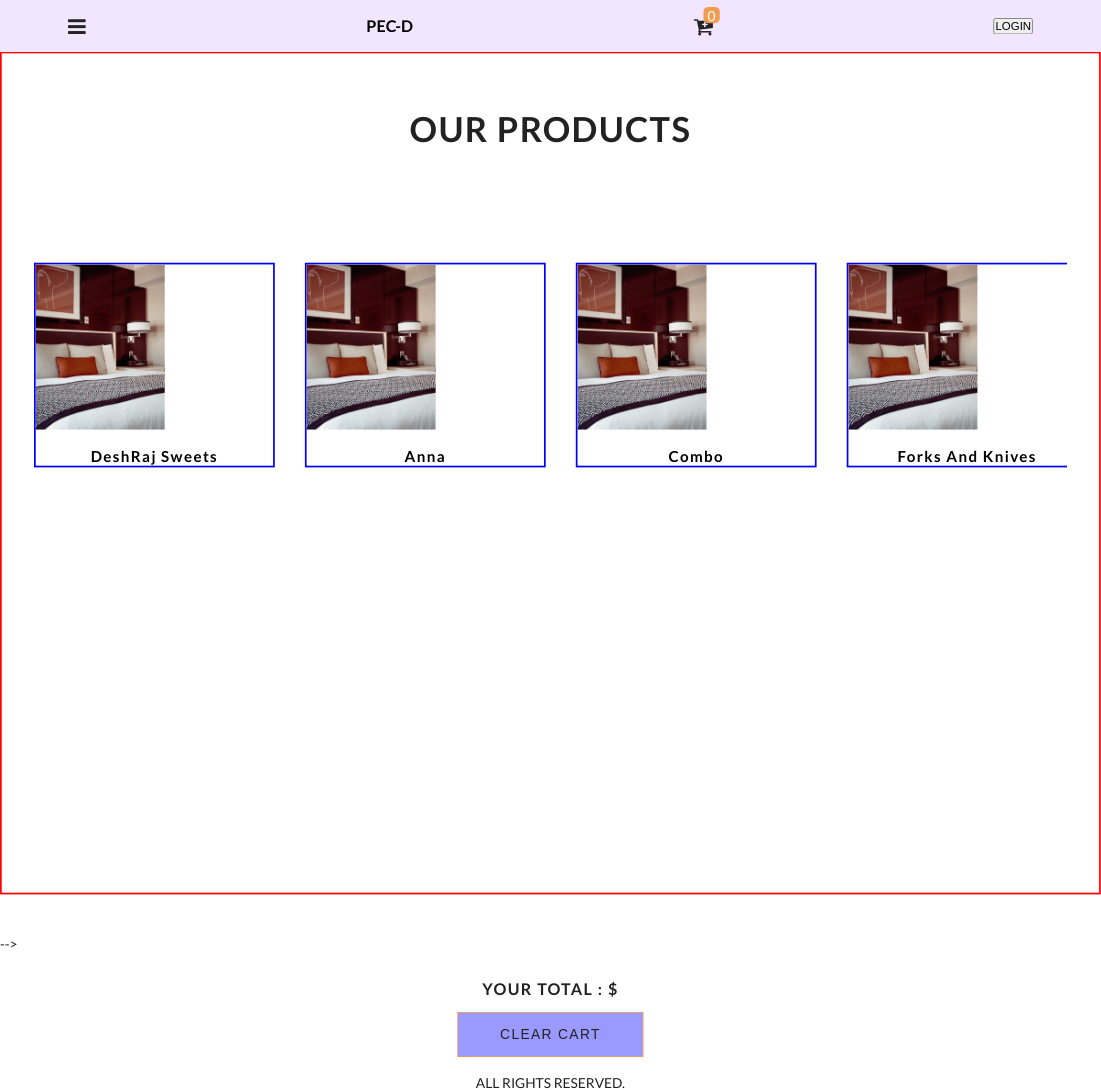
Repository: CHIR4G7/PEC-D
Page: public/index.html
The author's editor kept a copy of each file at every save. The page is drawn from the files as they stood at one save, then again after the next save.
The browser window is 1280 px wide. The pictures show the whole page, at 86% of full size.

Above is the page before, as saved 2023-07-08 01:49:21.

### public/index.html
<!DOCTYPE html>
<html lang="en">

<head>
    <meta charset="UTF-8">
    <meta http-equiv="X-UA-Compatible" content="IE=edge">
    <meta name="viewport" content="width=device-width, initial-scale=1.0">
    <title>PEC-D</title>
    <link rel="stylesheet" href="https://cdnjs.cloudflare.com/ajax/libs/font-awesome/4.7.0/css/font-awesome.min.css">
    <link rel="stylesheet" href="css/style.css">
</head>

<body>
    <!-- navabr -->
    <nav class="navbar">
        <div class="navbar-center">
            <span class="nav-icon">
                <i class="fa fa-bars"></i>
            </span>
            <!-- <img src="/images/logo.svg" alt="logo" class="sr"> -->
            <h3 class="logo-name">PEC-D</h3>
            <div class="cart-btn">
                <span class="nav-icon">
                    <i class="fa fa-cart-plus"></i>
                </span>
                <div class="cart-items">0</div>
            </div>
            <button>LOGIN</button>
        </div>
    </nav>
    <!-- end of navbar -->

    <!-- hero -->
    <!-- <header class="hero">
        <div class="banner">
            <h1 class="banner-title">FURNITURE COLLECTION</h1>
            <button class="banner-btn">SHOW NOW</button>
        </div>
    </header> -->
    <!-- end of hero -->

    <!-- products -->
    <div class="products">
         <div class="section-title">
            <h2>OUR PRODUCTS</h2>
        </div>
        <div class="body1">
            <div class="content">
                <ul class="content-inner">
                    <!-- <li class="card">
                        <article class="product">
                            <div class="img-container">
                                <img src="/images/product-1.jpeg" alt="product" class="product-img">
                                <button class="bag-btn" data-id="1">
                                    <i class="fa fa-shopping-cart"></i>
                                    add to bag.
                                </button>
                            </div>
                            <h3>add name</h3>

                        </article>
                    </li>
                    <li class="card">
                        <article class="product">
                            <div class="img-container">
                                <img src="/images/product-1.jpeg" alt="product" class="product-img">
                                <button class="bag-btn" data-id="1">
                                    <i class="fa fa-shopping-cart"></i>
                                    add to bag.
                                </button>
                            </div>
                            <h3>add name</h3>

                        </article>
                    </li>
                    <li class="card">
                        <article class="product">
                            <div class="img-container">
                                <img src="/images/product-1.jpeg" alt="product" class="product-img">
                                <button class="bag-btn" data-id="1">
                                    <i class="fa fa-shopping-cart"></i>
                                    add to bag.
                                </button>
                            </div>
                            <h3>add name</h3>

                        </article>
                    </li> -->

                </ul>
            </div>
        </div>
        <div class="products-center">
            <!-- single product -->

            <!-- PRODCUT DETIALS -->
            <!-- <article class="product">
                <div class="img-container">
                    <img src="/images/product-1.jpeg" alt="product" class="product-img">
                    <button class="bag-btn" data-id="1">
                        <i class="fa fa-shopping-cart"></i>
                        add to bag.
                    </button>
                </div>
                <h3>add name</h3>

            </article> -->
            <!-- THIS IS END OF PRODUCT DETIALS -->

            <!-- PRODCUT DETIALS -->
            <!-- <article class="product">
                <div class="img-container">
                    <img src="/images/product-8.jpeg" alt="product" class="product-img">
                    <button class="bag-btn" data-id="1">
                        <i class="fa fa-shopping-cart"></i>
                        add to bag.
                    </button>
                </div>
                <h3>TABLE</h3>
                <h4>$11.99</h4>
            </article> -->
            <!-- THIS IS END OF PRODUCT DETIALS -->

            <!-- PRODCUT DETIALS -->
            <!-- <article class="product">
                <div class="img-container">
                    <img src="/images/product-7.jpeg" alt="product" class="product-img">
                    <button class="bag-btn" data-id="1">
                        <i class="fa fa-shopping-cart"></i>
                        add to bag.
                    </button>
                </div>
                <h3>COUCH</h3>
                <h4>$42.99</h4>
            </article> -->
            <!-- THIS IS END OF PRODUCT DETIAL -->

            <!-- PRODCUT DETIALS -->
            <!-- <article class="product">
                <div class="img-container">
                    <img src="/images/product-2.jpeg" alt="product" class="product-img">
                    <button class="bag-btn" data-id="1">
                        <i class="fa fa-shopping-cart"></i>
                        add to bag.
                    </button>
                </div>
                <h3>KING PANEL BED</h3>
                <h4>$12.99</h4>
            </article> -->
            <!-- THIS IS END OF PRODUCT DETIALS -->

            <!-- PRODCUT DETIALS -->
            <!-- <article class="product">
                <div class="img-container">
                    <img src="/images/product-5.jpeg" alt="product" class="product-img">
                    <button class="bag-btn" data-id="1">
                        <i class="fa fa-shopping-cart"></i>
                        add to bag.
                    </button>
                </div>
                <h3>FRIDGE</h3>
                <h4>$34.99</h4>
            </article> -->
            <!-- THIS IS END OF PRODUCT DETIALS -->

            <!-- PRODCUT DETIALS -->
            <!-- <article class="product">
                <div class="img-container">
                    <img src="/images/product-6.jpeg" alt="product" class="product-img">
                    <button class="bag-btn" data-id="1">
                        <i class="fa fa-shopping-cart"></i>
                        add to bag.
                    </button>
                </div>
                <h3>DRESSER</h3>
                <h4>$22.99</h4>
            </article> -->
            <!-- THIS IS END OF PRODUCT DETIALS -->

            <!-- PRODCUT DETIALS -->
            <!-- <article class="product">
                <div class="img-container">
                    <img src="/images/product-3.jpeg" alt="product" class="product-img">
                    <button class="bag-btn" data-id="1">
                        <i class="fa fa-shopping-cart"></i>
                        add to bag.
                    </button>
                </div>
                <h3>TWIN PANEL BED</h3>
                <h4>$17.99</h4>
            </article> -->
            <!-- THIS IS END OF PRODUCT DETIALS -->

            <!-- PRODCUT DETIALS -->
            <!-- <article class="product">
                <div class="img-container">
                    <img src="/images/product-4.jpeg" alt="product" class="product-img">
                    <button class="bag-btn" data-id="1">
                        <i class="fa fa-shopping-cart"></i>
                        add to bag.
                    </button>
                </div>
                <h3>SINGLE PANEL BED</h3>
                <h4>$23.99</h4>
            </article> -->
            <!-- THIS IS END OF PRODUCT DETIALS -->
        </div>
    </div>
    <!-- end of products -->




    <!-- CART BEGINS -->
    <!-- <div class="cart-overlay">
        <div class="cart">
            <span class="close-cart">
                <i class="fa fa-window-close"></i>
            </span>
            <h2>YOUR CART</h2>
            <div class="cart-content">
                <!-- cart item -->
                <div class="cart-item">
                    <!-- <img src="/images/product-1.jpeg" alt="product">
                    <div>
                        <h4>QUEEN BED</h4>
                        <h5>$9.00</h5>
                        <span class="remove-item">Remove</span>
                    </div>
                    <div>
                        <i class="fa fa-chevron-up"></i>
                        <p class="item-amount">0</p>
                        <i class="fa fa-chevron-down"></i>
                    </div> -->
                </div> -->
                <!-- end of cart item -->

            </div>

            <div class="cart-footer">
                <h3>YOUR TOTAL : $ <span class="cart-total"></span></h3>
                <button class="clear-cart banner-btn">CLEAR CART</button>
            </div>

        </div>
    </div>
    <!-- CART ENDS -->
    <!-- FOOOTER -->
    <div class="footer">
        ALL RIGHTS RESERVED.
    </div>
    <!-- END OF THE FOOTER -->

    <script src="src/script.js"></script>
</body>

</html>

### public/css/style.css
@import url("https://fonts.googleapis.com/css?family=Lato:400,700");


/* creating variables */
:root {
    --primaryColor: #f09d51;
    --mainWhite: #fff;
    --mainBlack: #222;
    --mainGrey: #ececec;
    --mainSpacing: 0.1rem;
    --mainTransition: all 0.3s linear;
}

/* resetting elements */
* {
    margin: 0;
    padding: 0;
    box-sizing: border-box;
}


body {
    color: var(--mainBlack);
    background: var(--mainWhite);
    font-family: "Lato", sans-serif;
}


/* navbar */
.navbar {
    position: sticky;
    top: 0;
    height: 60px;
    width: 100%;
    display: flex;
    align-items: center;
    background: #f2e6ff;
    z-index: 1;
}

.logo-name
{
    color: black;
}

.navbar-center {
    width: 100%;
    max-width: 1170px;
    margin: 0 auto;
    display: flex;
    align-items: center;
    justify-content: space-between;
    padding: 0 1.5rem;
}

.nav-icon {
    font-size: 1.5rem;
}

.cart-btn {
    position: relative;
    cursor: pointer;
}

.cart-items {
    position: absolute;
    top: -8px;
    right: -8px;
    background: var(--primaryColor);
    padding: 0 5px;
    border-radius: 30%;
    color: var(--mainWhite);
}

/* hero */
.hero {
    min-height: calc(100vh - 60px);
    background: url("./images/bg-3.jpg") center/cover no-repeat;
    display: flex;
    align-items: center;
    justify-content: center;
  }
  .banner {
    text-align: center;
    background: #f2e6ff;
    display: inline-block;
    padding: 2rem;
  }
  .banner-title {
    font-size: 3.4rem;
    text-transform: uppercase;
    letter-spacing: var(--mainSpacing);
    margin-bottom: 3rem;
  }
  .banner-btn {
    padding: 1rem 3rem;
    text-transform: uppercase;
    letter-spacing: var(--mainSpacing);
    font-size: 1rem;
    background: #9999FF;
    color: var(--mainBlack);
    border: 1px solid var(--primaryColor);
    transition: var(--mainTransition);
    cursor: pointer;
  }
  .banner-btn:hover {
    background: transparent;
    color: var(--primaryColor);
  }


  /* products */
  .products {
    padding: 4rem 0;
    border: 2px solid red;
  }
  .section-title h2 {
    text-align: center;
    font-size: 2.5rem;
    margin-bottom: 5rem;
    text-transform: capitalize;
    letter-spacing: var(--mainSpacing);
  }
  .products-center {
    width: 90vw;
    margin: 0 auto;
    max-width: 1170px;
    display: grid;
    grid-template-columns: repeat(auto-fit, minmax(260px, 1fr));
    grid-column-gap: 1.5rem;
    grid-row-gap: 2rem;
  }
  .img-container {
    position: relative;
    overflow: hidden;
  }
  .bag-btn {
    position: absolute;
    top: 70%;
    right: 0;
    background: var(--primaryColor);
    border: none;
    text-transform: uppercase;
    padding: 0.5rem 0.75rem;
    letter-spacing: var(--mainSpacing);
    font-weight: bold;
    transition: var(--mainTransition);
    transform: translateX(101%);
    cursor: pointer;
  }
  .bag-btn:hover {
    color: var(--mainWhite);
  }
  .fa-shopping-cart {
    margin-right: 0.5rem;
  }
  .img-container:hover .bag-btn {
    transform: translateX(0);
  }
  .product-img {
    display: block;
    width: 100%;
    min-height: 12rem;
    transition: var(--mainTransition);
  }
  .img-container:hover .product-img {
    opacity: 0.5;
  }

  .product
  {
    border: 2px solid blue;
  }

  .product h3 {
    text-transform: capitalize;
    font-size: 1.1rem;
    margin-top: 1rem;
    letter-spacing: var(--mainSpacing);
    text-align: center;
  }

  .product h4 {
    margin-top: 0.7rem;
    letter-spacing: var(--mainSpacing);
    color: var(--primaryColor);
    text-align: center;
  }


   /* slider*/

   .body1
{
    display: flex;

    justify-content: center;
    min-height: 100vh;
    /* background-color: lawngreen; */
    /* border: 2px solid yellow; */
    padding: 0 35px;
}
.card img
{
    height: 150px;
    width: 150px;
    margin-bottom: 5px;
    object-fit: cover;
}
.content
{
    max-width: 1200px;
    width: 100%;
    /* position: relative; */
    /* border: 2px solid red; */
}
.content .content-inner
{
    display: grid;
    grid-auto-flow: column;
    grid-auto-columns: 25%;
    gap: 15px;
    /* overflow: hidden; */
    overflow-x: auto;
    scroll-snap-type: x mandatory;
    scroll-behavior: smooth;
    scrollbar-width: 0;

}
.content .card
{
    list-style: none;
    /* background-color: lightblue; */
    color: black;
    border-radius: 10px;
    height: 342px;
     display: flex;
    flex-direction: column;
    /*align-items: center;*/
    justify-content: center;
    cursor: pointer;
    width: 280px;

}
.content i
{
    height: 30px;
    width: 50px;
    margin: 10px;
    background-color: wheat;
    color: black;
    text-align: center;
    line-height: 25px;
    border-radius: 50%;
    cursor: pointer;
}
.card-item
{
    display: flex;
    flex-direction: column;
    justify-content: center;
    align-items: center;
    margin: 15px;
    padding-top: 5px;
}
.card-item h4
{
    margin-bottom: 4px;
}

@media screen and (max-width : 600px) {
  .content .content-inner{
      grid-auto-columns: 100%;
      min-width: 300px;
  }
}

/* ENDING SLIDER WINDOW HERE */

  /* cart */
  .cart-overlay {
    position: fixed;
    top: 0;
    right: 0;
    width: 100%;
    height: 100%;
    transition: var(--mainTransition);
    background: rgb(240, 157, 81, 0.5);
    z-index: 2;
    visibility: hidden;
  }
  .cart {
    position: fixed;
    top: 0;
    right: 0;
    width: 100%;
    height: 100%;
    overflow: scroll;
    z-index: 3;
    background: rgb(231, 226, 221);
    padding: 1.5rem;
    transition: var(--mainTransition);
    transform: translateX(100%);
  }
  .showCart {
    transform: translateX(0);
  }
  .transparentBcg {
    visibility: visible;
  }
  @media screen and (min-width: 768px) {
    .cart {
      width: 30vw;
      min-width: 450px;
    }
  }

  .close-cart {
    font-size: 1.7rem;
    cursor: pointer;
  }
  .cart h2 {
    text-transform: capitalize;
    text-align: center;
    letter-spacing: var(--mainSpacing);
    margin-bottom: 2rem;
  }
  /*---------- Cart Item -------------------- */
  .cart-item {
    display: grid;
    align-items: center;
    grid-template-columns: auto 1fr auto;
    grid-column-gap: 1.5rem;
    margin: 1.5rem 0;
  }
  .cart-item img {
    width: 75px;
    height: 75px;
  }
  .cart-item h4 {
    font-size: 0.85rem;
    text-transform: capitalize;
    letter-spacing: var(--mainSpacing);
  }
  .cart-item h5 {
    margin: 0.5rem 0;
    letter-spacing: var(--mainSpacing);
  }
  .item-amount {
    text-align: center;
  }
  .remove-item {
    color: black;
    cursor: pointer;
  }
  .fa-chevron-up,
  .fa-chevron-down {
    color: var(--primaryColor);
    cursor: pointer;
  }
  /*---------- End of Cart Item -------------------- */

  .cart-footer {
    margin-top: 2rem;
    letter-spacing: var(--mainSpacing);
    text-align: center;
  }
  .cart-footer h3 {
    text-transform: capitalize;
    margin-bottom: 1rem;
  }


  /* FOOTER */
  .footer
  {
    position: relative;
    text-align: center;
    top: 20px;
  }

### public/src/script.js


const productsDOM = document.querySelector('.content-inner');

let shoparray = [];//ISME SAAARI KI SAARI DETAILS PADI HAIN PRODUCT K

class Shops{

    async getProducts() {
        try {
            let result = await fetch('./shops.json');
            let data = await result.json();

            //destructuring
            const shopsArray = data.shops.map(shop => ({ id: shop.id, name: shop.sname, image: shop.image}));

            return shopsArray;
        }
        catch (error) {
            console.log("r");
        }
    }

};

class display
{
    displayShops(shops)
    {
        let result = '';
       shops.forEach((shop)=>
       {
        console.log(shop.id);
        // result+=`${shop.id}`
        result+=` <li class="card">
        <article class="product">
            <div class="img-container">
                <img src="/images/product-1.jpeg" alt="product" class="product-img">
                <button class="bag-btn" data-id="1">

                    VISIT
                </button>
            </div>
            <h3>${shop.name}</h3>

        </article>
    </li>`;

       })
    //    console.log("c");
    productsDOM.innerHTML = result;
    }
};





//displaying the products

function displayProducts(shoparray)
{
    let result = '';
    shoparray.forEach(product => {
        result += `      <article class="product">
        <div class="img-container">
            <img src="/images/product-1.jpeg" alt="product" class="product-img">
            <button class="bag-btn" data-id=${product.id}>
                <i class="fa fa-shopping-cart"></i>
                add to bag.
            </button>
        </div>
        <h3>${product.name}</h3>`;
        console.log(product);
    })
    productsDOM.innerHTML = result;
}


    // console.log(shoparray);

    // till here
    document.addEventListener("DOMContentLoaded", () => {
        //when dom loads get the product info stored in an array SHOPSARRAY
        // (async function () {
        //     try {
        //         const shopsarray = await getProducts();
        //         shopsarray.forEach((e) => {
        //             shoparray.push(e);
        //         })
        //     }
        //     catch (error) {
        //         console.log(error);
        //     }
        // })();
        // console.log(shoparray);
        // displayProducts(shoparray);
        const shops = new Shops();
        const displaying = new display();

        shops.getProducts().then(products=>
            {
                displaying.displayShops(products);
                // console.log(products);
            })

    })

### public/shops.json
{
    "shops" :
    [
        {
            "id" : 1,
            "sname" : "DeshRaj Sweets",
            "image" : "public/images/product-1.jpeg"
        },
        {
            "id" : 2,
            "sname" : "Anna",
            "image" : "public/images/product-1.jpeg"
        },
        {
            "id" : 3,
            "sname" : "Combo",
            "image" : "public/images/product-1.jpeg"
        },
        {
            "id" : 4,
            "sname" : "Forks and Knives",
            "image" : "public/images/product-1.jpeg"
        },
        {
            "id" : 5,
            "sname" : "Pandit",
            "image" : "public/images/product-1.jpeg"
        },
        {
            "id" : 6,
            "sname" : "Yankess",
            "image" : "public/images/product-1.jpeg"
        }
    ]
}

After the next save:
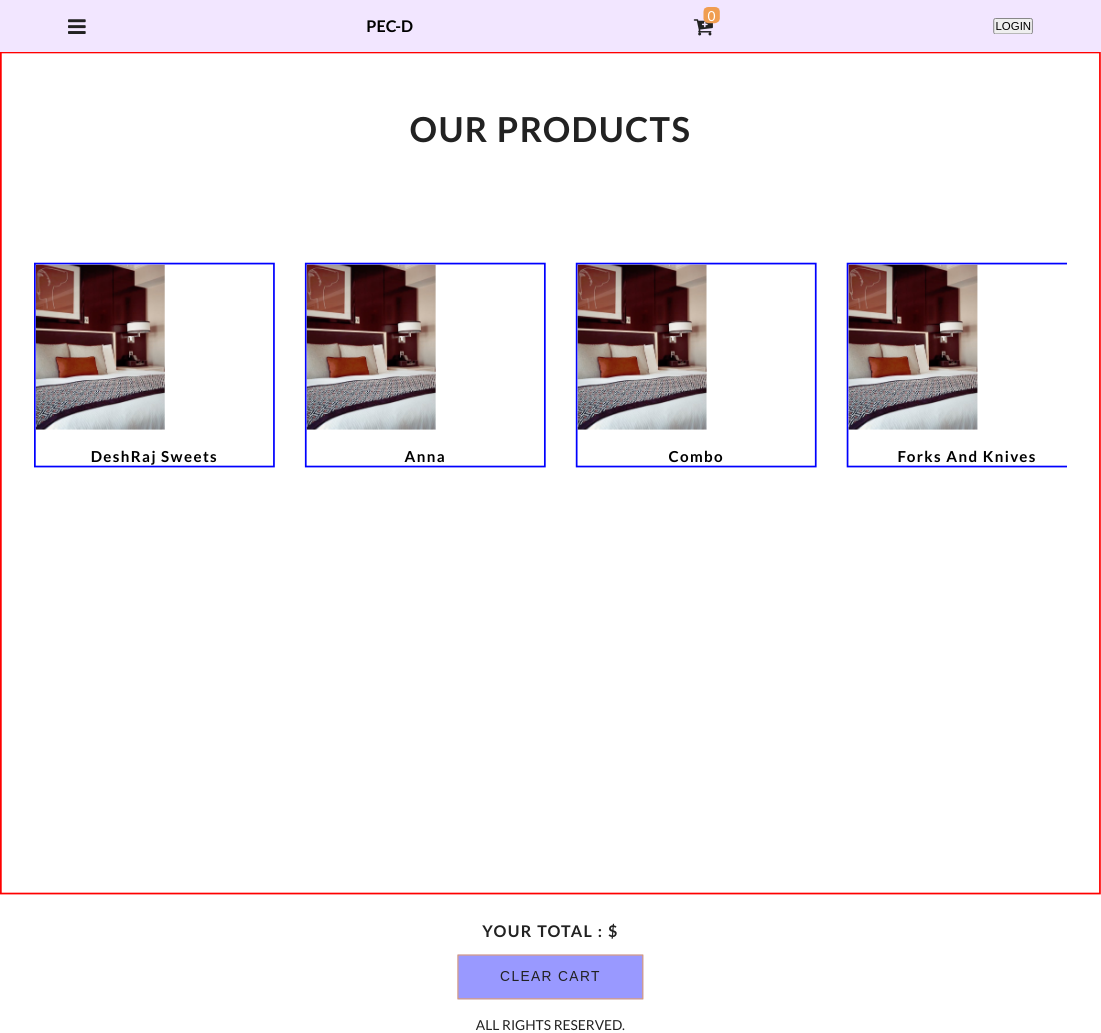
Saved 27 s later.
--- a/public/index.html
+++ b/public/index.html
@@ -219,8 +219,8 @@
             </span>
             <h2>YOUR CART</h2>
             <div class="cart-content">
-                <!-- cart item -->
-                <div class="cart-item">
+                 cart item
+                 <div class="cart-item"> -->
                     <!-- <img src="/images/product-1.jpeg" alt="product">
                     <div>
                         <h4>QUEEN BED</h4>
@@ -232,7 +232,7 @@
                         <p class="item-amount">0</p>
                         <i class="fa fa-chevron-down"></i>
                     </div> -->
-                </div> -->
+                <!-- </div> -->
                 <!-- end of cart item -->
 
             </div>
